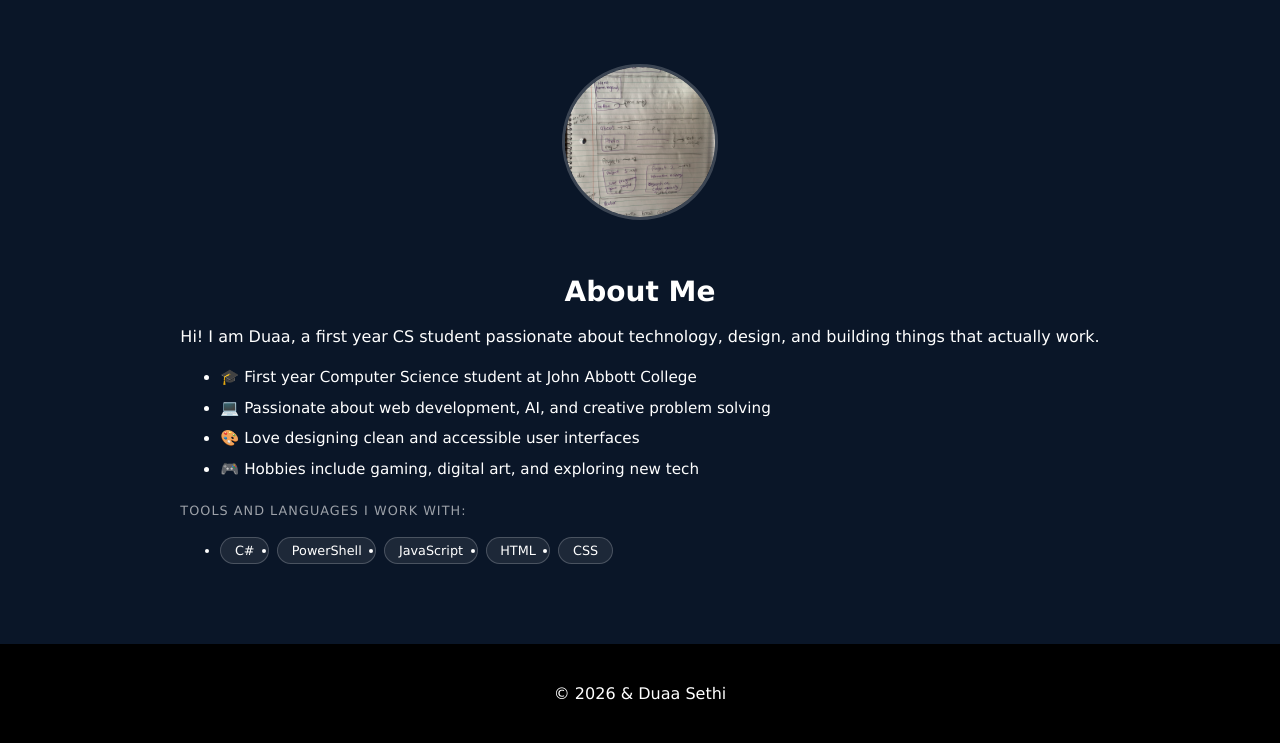
Repository: Duaa-Sethi/Duaa-Sethi
Page: index.html
An editor plug-in stored every save of this project. The page is shown before and after the next save, followed by the edit.
The browser window is 1280 px wide. The pictures show the part of the page from y = 867 to 1610 px (the page is 1610 px tall).
Some web fonts or font styles are not loaded; a fallback is used.

Above is the page before, as saved 2026-05-02 14:53:58.

After the next save:
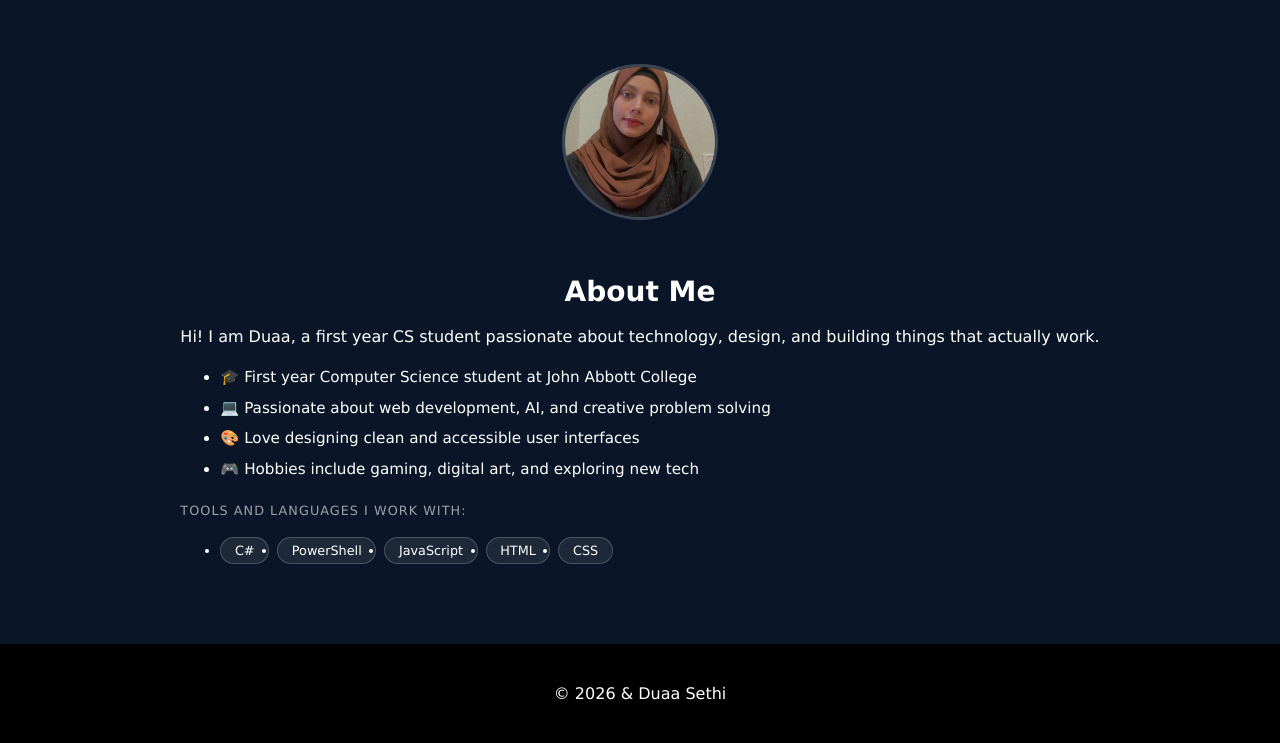
Saved 5 min 41 s later.
--- a/index.html
+++ b/index.html
@@ -28,7 +28,7 @@
 
     <!-- ABOUT -->
     <section class="about" id="about">
-      <img src="./assets/images/IMG_4092.jpeg" alt="Photo of Duaa Sethi" />
+      <img src="./assets/images/Dua Sethi.jpeg" alt="Photo of Duaa Sethi" />
       <div class="about-text">
         <h2>About Me</h2>
         <p>
